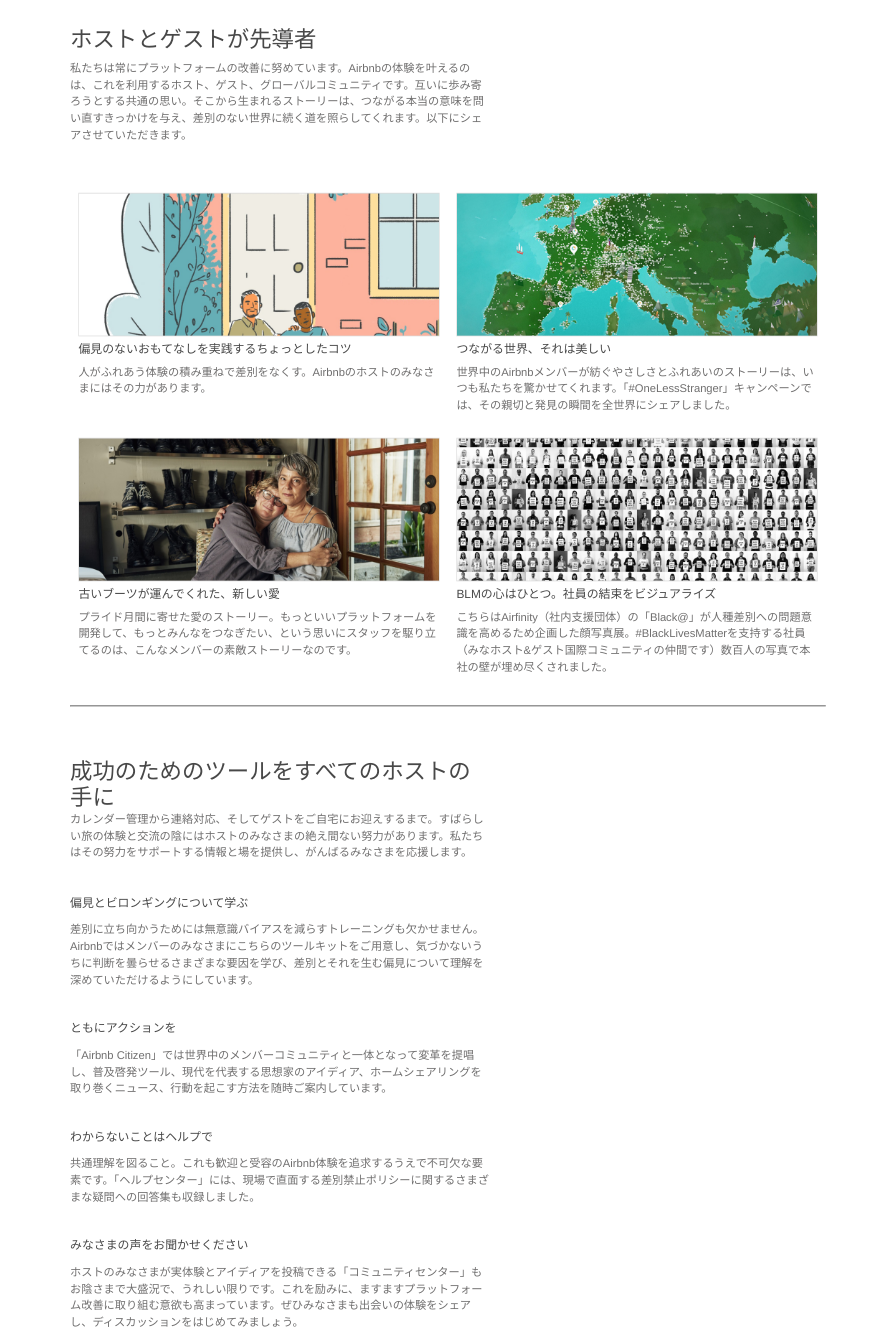
Repository: Ryoma-tech/20200622_htmlcss01
Page: index.html
The author's editor kept a copy of each file at every save. The page is drawn from the files as they stood at one save, then again after the next save.
The browser window is 1280 px wide. The pictures show the part of the page from y = 1419 to 3339 px (the page is 6491 px tall before and 6466 px after), at 70% of full size.

Above is the page before, as saved 2020-06-26 07:35:45.

After the next save:
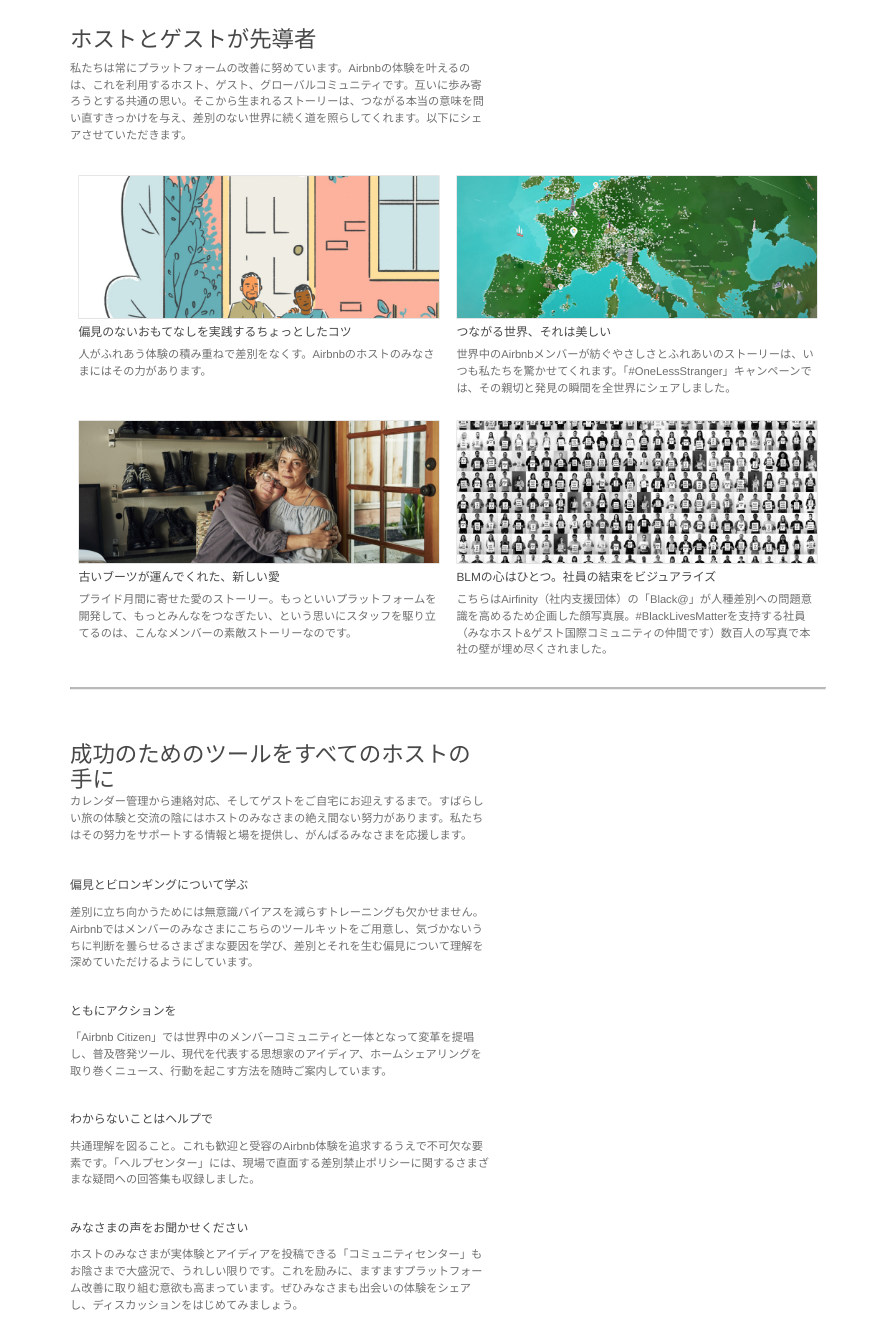
Saved 4 min 22 s later.
--- a/index.html
+++ b/index.html
@@ -68,7 +68,7 @@
             <section>
                 <div class="container">
                     <div class="section3">
-                        <div class="section3Message">
+                        <div class="sectionLeftHeading">
                             <h2>ホストとゲストが先導者</h2>
                             <p>私たちは常にプラットフォームの改善に努めています。Airbnbの体験を叶えるのは、これを利用するホスト、ゲスト、グローバルコミュニティです。互いに歩み寄ろうとする共通の思い。そこから生まれるストーリーは、つながる本当の意味を問い直すきっかけを与え、差別のない世界に続く道を照らしてくれます。以下にシェアさせていただきます。</p>
                         </div>
